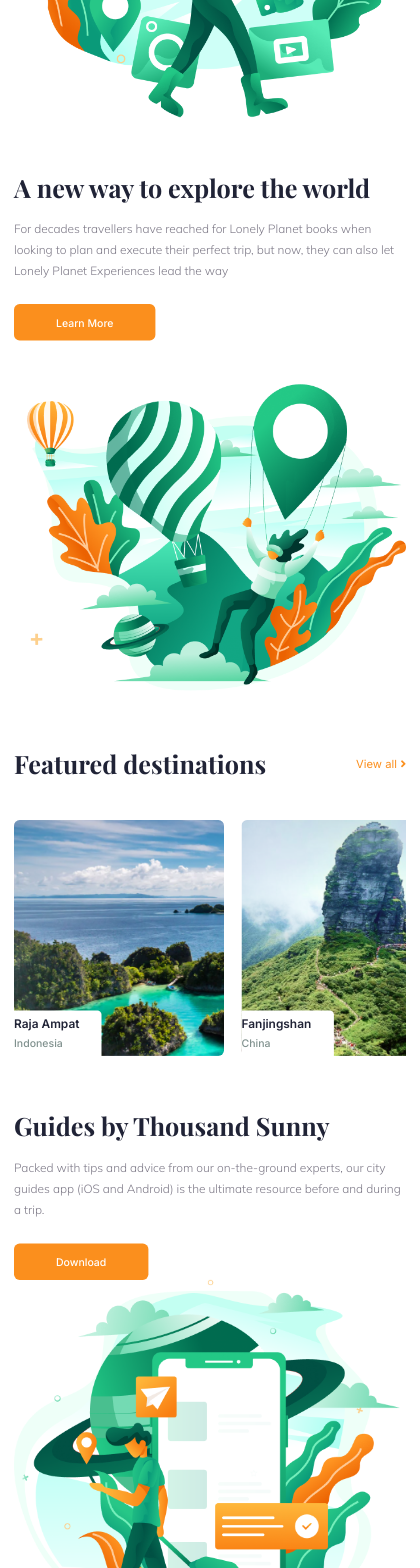
Repository: long5122000/sunny
Page: index.html
These files come from the project's save history. The page is drawn as it stood at one moment and after the next save; the edit follows.
The browser window is 600 px wide. The pictures show the part of the page from y = 1189 to 3429 px (the page is 5271 px tall before and 5229 px after), at 70% of full size.
The style sheet was rebuilt from its Sass, Less or Tailwind sources for each picture, by a compiler version that may differ from the author's.

Above is the page before, as saved 2021-11-25 21:05:52.

### index.html
<!DOCTYPE html>
<html lang="en">
  <head>
    <meta charset="UTF-8" />
    <meta http-equiv="X-UA-Compatible" content="IE=edge" />
    <meta name="viewport" content="width=device-width, initial-scale=1.0" />
    <title>Thousand Sunny</title>
    <link rel="preconnect" href="https://fonts.googleapis.com" />
    <link rel="preconnect" href="https://fonts.gstatic.com" crossorigin />
    <link
      href="https://fonts.googleapis.com/css2?family=Inter:wght@400;500;600&family=Mulish:wght@300;700&family=Playfair+Display:wght@700&display=swap"
      rel="stylesheet"
    />
    <link
      rel="stylesheet"
      href="https://use.fontawesome.com/releases/v5.15.4/css/all.css"
      integrity="sha384-DyZ88mC6Up2uqS4h/KRgHuoeGwBcD4Ng9SiP4dIRy0EXTlnuz47vAwmeGwVChigm"
      crossorigin="anonymous"
    />
    <link rel="stylesheet" href="./css/app.css" />
  </head>
  <body>
    <div class="wrapper">
      <header class="header">
        <div class="container">
          <div class="header-main">
            <img srcset="./images/logo.png 2x" alt="" />
            <ul class="menu">
              <li class="menu-item">
                <a href="#" class="menu-link">Home</a>
              </li>
              <li class="menu-item">
                <a href="#" class="menu-link">Destinations</a>
              </li>
              <li class="menu-item">
                <a href="#" class="menu-link">About</a>
              </li>
              <li class="menu-item">
                <a href="#" class="menu-link">Partner</a>
              </li>
              <li class="menu-item">
                <a href="#" class="btn btn--secondary">Login</a>
              </li>
              <li class="menu-item">
                <a href="#" class="btn btn--primary">Register</a>
              </li>
            </ul>
          </div>
        </div>
      </header>
      <main>
        <section class="hero">
          <div class="container">
            <div class="hero-main">
              <div class="hero-content">
                <h1 class="heading hero-heading">Explore and Travel</h1>
                <div class="hero-caption">Holiday finder</div>
                <div class="hero-form">
                  <div class="dropdown">
                    <div class="dropdown-select">
                      <span class="dropdown-value">Location</span>
                      <i class="fas fa-angle-down"></i>
                    </div>
                    <div class="dropdown-list">
                      <div class="dropdown-item">title</div>
                      <div class="dropdown-item">title</div>
                      <div class="dropdown-item">title</div>
                    </div>
                  </div>
                  <div class="dropdown">
                    <div class="dropdown-select">
                      <span class="dropdown-value">Activity</span>
                      <i class="fas fa-angle-down"></i>
                    </div>
                    <div class="dropdown-list">
                      <div class="dropdown-item">title</div>
                      <div class="dropdown-item">title</div>
                      <div class="dropdown-item">title</div>
                    </div>
                  </div>
                  <div class="dropdown">
                    <div class="dropdown-select">
                      <span class="dropdown-value">Grade</span>
                      <i class="fas fa-angle-down"></i>
                    </div>
                    <div class="dropdown-list">
                      <div class="dropdown-item">title</div>
                      <div class="dropdown-item">title</div>
                      <div class="dropdown-item">title</div>
                    </div>
                  </div>
                  <div class="dropdown">
                    <div class="dropdown-select">
                      <span class="dropdown-value">Date</span>
                      <i class="fas fa-angle-down"></i>
                    </div>
                    <div class="dropdown-list">
                      <div class="dropdown-item">title</div>
                      <div class="dropdown-item">title</div>
                      <div class="dropdown-item">title</div>
                    </div>
                  </div>
                </div>
                <a href="#!" class="btn btn--primary">Explore</a>
              </div>
              <div class="hero-image">
                <img srcset="./images/img1.png 2x" alt="" />
              </div>
            </div>
          </div>
        </section>
        <section class="explore">
          <div class="container">
            <div class="explore-main">
              <div class="explore-image">
                <img srcset="./images/img2.png 2x" alt="" />
              </div>
              <div class="explore-content">
                <h2 class="heading explore-heading heading--small">
                  A new way to explore the world
                </h2>
                <p class="text explore-desc">
                  For decades travellers have reached for Lonely Planet books
                  when looking to plan and execute their perfect trip, but now,
                  they can also let Lonely Planet Experiences lead the way
                </p>
                <div class="btn btn--primary" href="!#">Learn More</div>
              </div>
            </div>
          </div>
        </section>
        <section class="destination">
          <div class="container">
            <div class="destination-header">
              <h2 class="heading heading--small">Featured destinations</h2>
              <a href="#!" class="viewall">
                <span>View all</span>
                <i class="fas fa-angle-right"></i>
              </a>
            </div>
            <div class="destination-list">
              <div class="destination-item">
                <div class="destination-image">
                  <img srcset="./images/destination1.png 2x" alt="" />
                </div>
                <div class="destination-content">
                  <h3 class="destination-name">Raja Ampat</h3>
                  <span class="destination-country">Indonesia</span>
                </div>
              </div>
              <div class="destination-item">
                <div class="destination-image">
                  <img srcset="./images/destination2.png 2x" alt="" />
                </div>
                <div class="destination-content">
                  <h3 class="destination-name">Fanjingshan</h3>
                  <span class="destination-country">China</span>
                </div>
              </div>
              <div class="destination-item">
                <div class="destination-image">
                  <img srcset="./images/destination3.png 2x" alt="" />
                </div>
                <div class="destination-content">
                  <h3 class="destination-name">Vevey</h3>
                  <span class="destination-country">Switzerland</span>
                </div>
              </div>
              <div class="destination-item">
                <div class="destination-image">
                  <img srcset="./images/destination4.png 2x" alt="" />
                </div>
                <div class="destination-content">
                  <h3 class="destination-name">Skadar</h3>
                  <span class="destination-country">Montenegro</span>
                </div>
              </div>
            </div>
          </div>
        </section>
        <section class="guides">
          <div class="container">
            <div class="guides-main">
              <div class="guides-content">
                <h2 class="heading guides-heading heading--small">
                  Guides by Thousand Sunny
                </h2>
                <div class="text guides-desc">
                  Packed with tips and advice from our on-the-ground experts,
                  our city guides app (iOS and Android) is the ultimate resource
                  before and during a trip.
                </div>
                <a href="#!" class="btn btn--primary">Download</a>
              </div>
              <div class="guides-image">
                <img srcset="./images/img3.png 2x" alt="" />
              </div>
            </div>
          </div>
        </section>
        <section class="testimonial">
          <div class="container">
            <div class="testimonial-main">
              <h2 class="heading heading--small testimonial-heading">
                Testimonials
              </h2>
              <div class="testimonial-container">
                <div class="testimonial-content">
                  <div class="testimonial-rating">
                    <i class="fa fa-star"></i>
                    <i class="fa fa-star"></i>
                    <i class="fa fa-star"></i>
                    <i class="fa fa-star"></i>
                    <i class="fa fa-star"></i>
                  </div>
                  <div class="testimonial-desc text">
                    “Quisque in lacus a urna fermentum euismod. Integer mi nibh,
                    dapibus ac scelerisque eu, facilisis quis purus. Morbi
                    blandit sit amet turpis nec”
                  </div>
                  <div class="testimonial-author">
                    <h3 class="testimonial-name">John Smith</h3>
                    <span class="testimonial-job">Founder Circle</span>
                  </div>
                </div>
                <div class="testimonial-image">
                  <img srcset="./images/testimonial.png 2x" alt="" />
                </div>
              </div>
            </div>
          </div>
        </section>
        <section class="story">
          <div class="container">
            <div class="story-header">
              <h2 class="heading heading--small story-heading">
                Trending stories
              </h2>
              <a href="#!" class="viewall">
                <span>View all</span>
                <i class="fas fa-angle-right"></i>
              </a>
            </div>
            <div class="story-list">
              <div class="story-item">
                <div class="story-image">
                  <img srcset="./images/story1.png 2x" alt="" />
                </div>
                <div class="story-content">
                  <h3 class="story-title">
                    The many benefits of taking a healing holiday
                  </h3>
                  <p class="story-desc">
                    ‘Helaing holidays’ are on the rise tohelp maximise your
                    health and happines...
                  </p>
                  <a href="#!" class="story-more">Read more</a>
                </div>
              </div>
              <div class="story-item">
                <div class="story-image">
                  <img srcset="./images/story2.png 2x" alt="" />
                </div>
                <div class="story-content">
                  <h3 class="story-title">
                    The best Kyoto restaurant to try Japanese food
                  </h3>
                  <p class="story-desc">
                    From tofu to teahouses, here’s our guide to Kyoto’s best
                    restaurants to visit...
                  </p>
                  <a href="#!" class="story-more">Read more</a>
                </div>
              </div>
              <div class="story-item">
                <div class="story-image">
                  <img srcset="./images/story3.png 2x" alt="" />
                </div>
                <div class="story-content">
                  <h3 class="story-title">
                    Skip Chichen Itza and head to this remote Yucatan
                  </h3>
                  <p class="story-desc">
                    It’s remote and challenging to get, but braving the jungle
                    and exploring these ruins without the...
                  </p>
                  <a href="#!" class="story-more">Read more</a>
                </div>
              </div>
              <div class="story-item">
                <div class="story-image">
                  <img srcset="./images/story4.png 2x" alt="" />
                </div>
                <div class="story-content">
                  <h3 class="story-title">
                    Surf’s up at these beginner spots around the world
                  </h3>
                  <p class="story-desc">
                    If learning to surf has in on your to- do list for a while,
                    the good news is: it’s never too late...
                  </p>
                  <a href="#!" class="story-more">Read more</a>
                </div>
              </div>
            </div>
          </div>
        </section>
      </main>
      <div class="footer">
        <div class="container">
          <div class="footer-top">
            <div class="footer-column">
              <img srcset="./images/logo.png 2x" alt="" class="footer-logo" />
              <p class="text footer-desc">
                Plan and book your perfect trip with expert advice, travel tips
                destination information from us
              </p>
              <p class="text copyright">
                ©2020 Thousand Sunny. All rights reserved
              </p>
            </div>
            <div class="footer-column">
              <h3 class="footer-title">Destinations</h3>
              <ul class="footer-links">
                <li class="footer-item">
                  <a href="#!" class="footer-link">Africa</a>
                </li>
                <li class="footer-item">
                  <a href="#!" class="footer-link">Antarctica</a>
                </li>
                <li class="footer-item">
                  <a href="#!" class="footer-link">Asia</a>
                </li>
                <li class="footer-item">
                  <a href="#!" class="footer-link">Europe</a>
                </li>
                <li class="footer-item">
                  <a href="#!" class="footer-link">America</a>
                </li>
              </ul>
            </div>
            <div class="footer-column">
              <h3 class="footer-title">Shop</h3>
              <ul class="footer-links">
                <li class="footer-item">
                  <a href="#!" class="footer-link">Destination Guides</a>
                </li>
                <li class="footer-item">
                  <a href="#!" class="footer-link">Pictorial & Gifts</a>
                </li>
                <li class="footer-item">
                  <a href="#!" class="footer-link">Special Offers</a>
                </li>
                <li class="footer-item">
                  <a href="#!" class="footer-link">Delivery Times</a>
                </li>
                <li class="footer-item">
                  <a href="#!" class="footer-link">FAQs</a>
                </li>
              </ul>
            </div>
            <div class="footer-column">
              <h3 class="footer-title">Interests</h3>
              <ul class="footer-links">
                <li class="footer-item">
                  <a href="#!" class="footer-link">Adventure Travel </a>
                </li>
                <li class="footer-item">
                  <a href="#!" class="footer-link">Art And Culture</a>
                </li>
                <li class="footer-item">
                  <a href="#!" class="footer-link">Wildlife And Nature</a>
                </li>
                <li class="footer-item">
                  <a href="#!" class="footer-link">Family Holidays</a>
                </li>
                <li class="footer-item">
                  <a href="#!" class="footer-link">Food And Drink</a>
                </li>
              </ul>
            </div>
          </div>
          <div class="footer-bottom">
            <a href="#!" class="footer-social">
              <i class="fab fa-facebook-square"></i>
            </a>
            <a href="#!" class="footer-social">
              <i class="fab fa-facebook-square"></i>
            </a>
            <a href="#!" class="footer-social">
              <i class="fab fa-facebook-square"></i>
            </a>
            <a href="#!" class="footer-social">
              <i class="fab fa-facebook-square"></i>
            </a>
            <a href="#!" class="footer-social">
              <i class="fab fa-facebook-square"></i>
            </a>
          </div>
        </div>
      </div>
    </div>
    <script src="scripts/app.js"></script>
  </body>
</html>

### sass/app.scss
@import "reset";
@import "variables";
@import "global";
@import "typography";
@import "header";
@import "menu";
@import "hero";
@import "explore";
@import "destination";
@import "guides";
@import "testimonial";
@import "story";
@import "footer";

### sass/_variables.scss
$primary-font: "Inter", sans-serif;
$secondary-font: "Playfair Display", serif;
$third-font: "Mulish", sans-serif;
$gray: #b8becd;
$gray-dark: #afb0b9;
$gray-darker: #7d7987;
$gray-darkest: #202336;
$primary-color: #fb8f1d;
$gray-blur: #80918e;
$gray-lighter: #f9f9fb;

### sass/_global.scss
body {
  overflow-x: hidden;
}
.wrapper {
  max-width: 1600px;
  margin: 0 auto;
}
.container {
  max-width: 1260px;
  margin: 0 auto;
  padding: 0 20px;
}
ul {
  list-style: none;
}
.btn {
  display: inline-flex;
  justify-content: center;
  align-items: center;
  cursor: pointer;
  font-size: 15px;
  font-weight: 500;
  font-family: $primary-font;
  line-height: 1;
  height: 52px;
  padding: 0 60px;
  border-radius: 8px;
  background-color: transparent;
  border: 0;
  outline: none;
  &--primary {
    color: white;
    background-color: $primary-color;
  }
  &--secondary {
    color: $primary-color;
    border: 1px solid currentColor;
  }
}
.dropdown {
  &-list {
    display: none;
  }
  &-select {
    display: flex;
    justify-content: space-between;
    align-items: center;
    padding: 20px 30px;
    border-radius: 6px;
    border: 1px solid $gray-dark;
    color: $gray-darkest;
    cursor: pointer;
  }
}
.viewall {
  color: $primary-color;
  display: flex;
  align-items: center;
  gap: 0 5px;
}

### sass/_typography.scss
body {
  font-family: $primary-font;
  font-size: 16px;
  line-height: 1;
  color: $gray;
}
.heading {
  font-family: $secondary-font;
  color: $gray-darkest;
  &--small {
    line-height: 139%;
    font-size: 36px;
  }
}
.text {
  font-weight: 300;
  line-height: 176%;
  font-size: 17px;
  color: $gray-darker;
  font-family: $third-font;
}

### sass/_header.scss
.header {
  padding-top: 45px;
  padding-bottom: 70px;
  &-main {
    display: flex;
    justify-content: space-between;
    align-items: center;
  }
}

### sass/_menu.scss
.menu {
  display: flex;
  align-items: center;
  gap: 0 35px;
  &-link {
    color: inherit;
  }
  @media screen and (max-width: 1023px) {
    display: none;
  }
  @media screen and (max-width: 767px) {
    padding: 30px 0;
  }
}

### sass/_hero.scss
.hero {
  margin-bottom: 270px;
  &-main {
    display: flex;
    justify-content: space-between;
    align-items: center;
  }
  &-heading {
    font-size: 64px;
    line-height: 125%;
    margin-bottom: 74px;
  }
  &-caption {
    font-size: 22px;
    font-weight: 600;
    margin-bottom: 48px;
    padding-bottom: 20px;
    display: inline-block;
    position: relative;
    color: $gray-darkest;
    &:before {
      content: "";
      position: absolute;
      bottom: 0;
      left: 0;
      width: 32px;
      height: 2px;
      background-color: $gray-darkest;
    }
  }
  &-content {
    width: 100%;
  }
  &-form {
    margin-bottom: 50px;
    display: grid;
    grid-template-columns: 1fr 1fr;
    grid-gap: 30px;
  }
  @media screen and (min-width: 1280px) {
    &-image {
      transform: translateX(85px);
    }
  }
  @media screen and (min-width: 1024px) {
    &-content {
      width: 100%;
      max-width: 470px;
    }
  }

  @media screen and (max-width: 1023px) {
    margin-bottom: 75px;
    &-main {
      flex-direction: column;
      gap: 50px 0;
    }
  }
  @media screen and (max-width: 767px) {
    &-heading {
      font-size: 50px;
      margin-bottom: 40px;
    }
    &-form {
      grid-template-columns: 1fr;
    }
  }
}

### sass/_explore.scss
.explore {
  margin-bottom: 292px;
  &-main {
    display: flex;
    justify-content: space-between;
    align-items: center;
    gap: 0 50px;
  }

  &-heading {
    margin-bottom: 20px;
  }
  &-desc {
    margin-bottom: 33px;
  }
  @media screen and (max-width: 1023px) {
    margin-bottom: 75px;
    &-main {
      flex-direction: column-reverse;
      gap: 50px 0;
    }
  }
  @media screen and (min-width: 1024px) {
    &-content {
      max-width: 508px;
      padding-right: 58px;
    }
    &-image {
      transform: translateX(-50px);
    }
  }
}

### sass/_destination.scss
.destination {
  margin-bottom: 232px;

  &-header {
    display: flex;
    justify-content: space-between;
    align-items: center;
    margin-bottom: 56px;
  }
  &-list {
    display: grid;
    grid-template-columns: repeat(4, 1fr);
    grid-gap: 25px;
  }

  &-item {
    height: 337px;
    position: relative;
  }
  &-image {
    width: 100%;
    height: 100%;
  }
  &-image img {
    border-radius: 8px;
    height: 100%;
    width: 100%;
    object-fit: cover;
  }
  &-content {
    position: absolute;
    bottom: 0;
    left: 0;
    z-index: 2;
    background: #ffffff;
    border-radius: 0px 6px 0px 0px;
    padding: 11px 32px 11px 0;
  }
  &-name {
    font-size: 17px;
    font-weight: 600;
    color: $gray-darkest;
    margin-bottom: 10px;
  }
  &-country {
    font-weight: 500;
    font-size: 15px;
    color: $gray-blur;
  }
  @media screen and (min-width: 1024px) {
    &-header {
      padding-left: 50px;
      padding-right: 50px;
    }
    &-list {
      padding-left: 50px;
      padding-right: 50px;
    }
  }

  @media screen and (max-width: 1023px) {
    margin-bottom: 75px;
    &-list {
      display: grid;
      justify-content: flex-start;
      grid-auto-columns: 300px;
      grid-auto-flow: column;
      grid-gap: 0 25px;
      overflow: auto;
      overflow-y: hidden;
      scroll-snap-type: x mandatory;
      scroll-snap-stop: always;
      -ms-touch-action: manipulation;
      touch-action: manipulation;
      -webkit-overflow-scrolling: touch;
      scroll-padding: 1rem;
      grid-template-columns: unset;
    }
    &-list::-webkit-scrollbar {
      display: none;
      width: 0;
    }
    &-list > * {
      scroll-snap-align: start;
    }
  }
}

### sass/_guides.scss
.guides {
  margin-bottom: 250px;
  &-main {
    display: flex;
    justify-content: space-between;
    align-items: center;
    gap: 0 80px;
  }
  &-content {
    width: 100%;
  }
  &-heading {
    margin-bottom: 20px;
  }
  &-desc {
    margin-bottom: 33px;
  }
  @media screen and (min-width: 1024px) {
    &-content {
      max-width: 450px;
      transform: translateX(50px);
    }
    &-image {
      padding-right: 40px;
    }
  }

  @media screen and (max-width: 1023px) {
    margin-bottom: 75px;
    &-main {
      flex-direction: column;
    }
  }
}

### sass/_testimonial.scss
.testimonial {
  margin-bottom: 270px;
  &-heading {
    margin-bottom: 60px;
  }
  &-main {
    max-width: 1085px;
    position: relative;
  }
  &-container {
    display: flex;
    justify-content: space-between;
    align-items: center;
    gap: 0 25px;
  }
  &-content {
    max-width: 450px;
  }
  &-rating {
    font-size: 20px;
    display: flex;
    align-items: center;
    gap: 15px;
    margin-bottom: 30px;
    color: #ffbb0c;
  }
  &-desc {
    color: #000;
    margin-bottom: 40px;
    font-size: 24px;
    font-weight: 400;
  }
  &-name {
    font-size: 22px;
    font-weight: bold;
    color: #000;
    margin-bottom: 20px;
  }
  &-job {
    font-size: 18px;
    color: #000;
  }
  @media screen and (min-width: 1024px) {
    &-main {
      padding-left: 50px;
    }
  }

  @media screen and (max-width: 1023px) {
    margin-bottom: 75px;
  }
  @media screen and (max-width: 767px) {
    &-container {
      flex-direction: column;
      gap: 50px 0;
    }
  }
}

### sass/_story.scss
.story {
  margin-bottom: 270px;
  &-header {
    display: flex;
    justify-content: space-between;
    align-items: center;
    margin-bottom: 60px;
    padding: 0 50px;
  }
  &-list {
    display: grid;
    grid-template-columns: repeat(4, 1fr);
    grid-gap: 25px;
    padding: 0 50px;
  }
  &-image {
    height: 230px;
    margin-bottom: 20px;
    img {
      width: 100%;
      height: 100%;
      object-fit: cover;
      border-radius: 8px 8px 0 0;
      object-position: top;
    }
  }
  &-title {
    font-size: 19px;
    color: #000;
    margin-bottom: 15px;
    line-height: 158%;
  }
  &-desc {
    margin-bottom: 23px;
    line-height: 175%;
    font-size: 15px;
    color: $gray-darker;
    display: -webkit-box;
    -webkit-line-clamp: 3;
    -webkit-box-orient: vertical;
    overflow: hidden;
    text-overflow: ellipsis;
    word-break: break-word;
  }
  &-more {
    font-size: 15px;
    font-weight: 600;
    color: $primary-color;
    margin-top: auto;
  }
  &-item {
    display: flex;
    flex-direction: column;
  }
  &-content {
    flex: 1;
    display: flex;
    flex-direction: column;
  }
  @media screen and (max-width: 1023px) {
    margin-bottom: 75px;
    &-list {
      display: grid;
      justify-content: flex-start;
      grid-auto-columns: 300px;
      grid-auto-flow: column;
      grid-gap: 0 25px;
      overflow: auto;
      overflow-y: hidden;
      scroll-snap-type: x mandatory;
      scroll-snap-stop: always;
      -ms-touch-action: manipulation;
      touch-action: manipulation;
      -webkit-overflow-scrolling: touch;
      scroll-padding: 1rem;
      grid-template-columns: unset;
    }
    &-list::-webkit-scrollbar {
      display: none;
      width: 0;
    }
    &-list > * {
      scroll-snap-align: start;
    }
  }
}

### sass/_footer.scss
.footer {
  background-color: $gray-lighter;
  padding-top: 80px;
  font-family: $third-font;
  display: none;
  &-top {
    display: grid;
    grid-template-columns: 3fr repeat(3, 1fr);
    grid-gap: 30px 80px;
    padding-bottom: 77px;
    border-bottom: 1px solid #c4c4c4;
  }
  &-bottom {
    display: flex;
    justify-content: center;
    align-items: center;
    padding: 30px 0;
    gap: 0 35px;
  }
  &-logo {
    margin-bottom: 26px;
  }
  &-desc {
    margin-bottom: 55px;
    font-size: 18px;
    max-width: 335px;
  }
  &-copyright {
    font-size: 17px;
  }
  &-title {
    color: #000;
    font-size: 19px;
    margin-bottom: 40px;
    font-weight: bold;
  }
  &-item {
    margin-bottom: 25px;
  }

  &-link {
    color: #848484;
  }
}

Loaded but not shown: sass/_reset.scss (common file); scripts/app.js (no stored copy; drawn as an empty file)

After the next save:
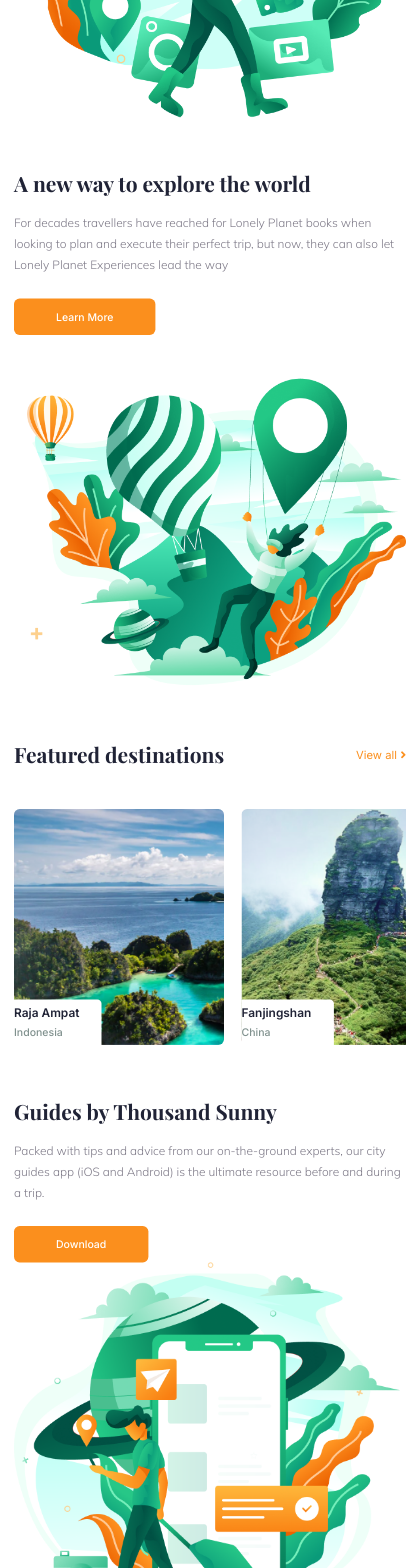
Saved 72 s later.
--- a/sass/_typography.scss
+++ b/sass/_typography.scss
@@ -19,3 +19,10 @@
   color: $gray-darker;
   font-family: $third-font;
 }
+@media screen and (max-width: 767px) {
+  .heading {
+    &--small {
+      font-size: 30px;
+    }
+  }
+}
